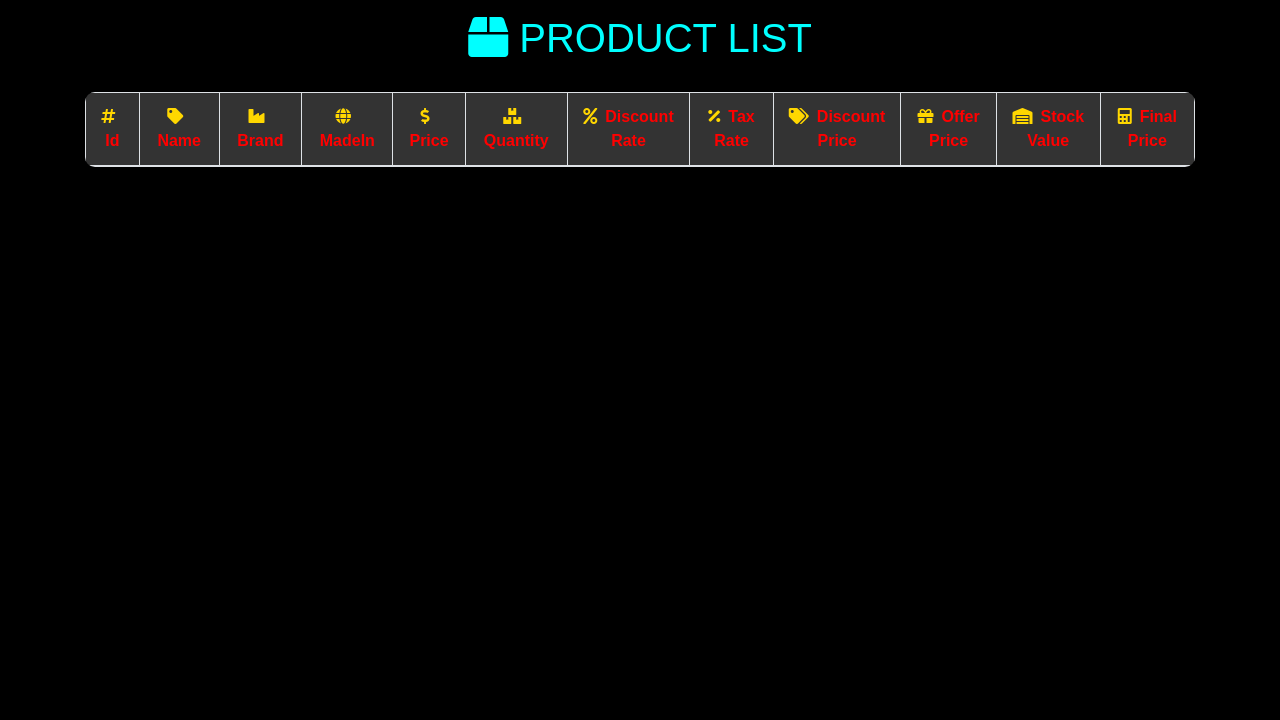
Repository: Ravi-kishor-09/Ravi-projects
Page: http://localhost/product-list
An editor plug-in stored every save of this project. The page is shown before and after the next save, followed by the edit.
The browser window is 1280 px wide. The pictures show the whole page.
The page is this project's Thymeleaf template; nobody is signed in. The template is opened directly, without the code that normally fills it, so the values that code supplies are empty.

Above is the page before, as saved 2024-12-20 10:22:11.

### spring1/src/main/resources/templates/product-list.html
<!DOCTYPE html>
<html lang="en">
<head>
    <meta charset="UTF-8">
    <meta name="viewport" content="width=device-width, initial-scale=1.0">
    <title>Product List</title>
    <!-- Bootstrap CSS -->
    <link href="https://maxcdn.bootstrapcdn.com/bootstrap/4.5.2/css/bootstrap.min.css" rel="stylesheet">
    <!-- Font Awesome for Icons -->
    <link href="https://cdnjs.cloudflare.com/ajax/libs/font-awesome/5.15.4/css/all.min.css" rel="stylesheet">
    <style>
        body {
            background-color: black;
            color: white;
            font-family: 'Arial', sans-serif;
        }
        h1 {
            color: aqua;
            margin-bottom: 20px;
            animation: text-jump 2s infinite;
        }
        @keyframes text-jump {
            0%, 100% {
                transform: translateY(0);
            }
            50% {
                transform: translateY(-10px);
            }
        }
        table {
            color: white;
            background-color: #1a1a1a;
            border-radius: 10px;
            overflow: hidden;
        }
        thead th {
            color: red;
            background-color: #333;
        }
        tbody td {
            color: chartreuse;
        }
        tbody tr:hover {
            background-color: #444;
            cursor: pointer;
        }
        .icon {
            color: gold;
            margin-right: 8px;
        }
    </style>
</head>
<body>
    <div class="container text-center py-4">
        <h1><i class="fas fa-box"></i> PRODUCT LIST</h1>
        <div class="table-responsive">
            <table class="table table-bordered table-hover">
                <thead>
                    <tr>
                        <th><i class="fas fa-hashtag icon"></i>Id</th>
                        <th><i class="fas fa-tag icon"></i>Name</th>
                        <th><i class="fas fa-industry icon"></i>Brand</th>
                        <th><i class="fas fa-globe icon"></i>MadeIn</th>
                        <th><i class="fas fa-dollar-sign icon"></i>Price</th>
                        <th><i class="fas fa-boxes icon"></i>Quantity</th>
                        <th><i class="fas fa-percent icon"></i>Discount Rate</th>
                        <th><i class="fas fa-percentage icon"></i>Tax Rate</th>
                        <th><i class="fas fa-tags icon"></i>Discount Price</th>
                        <th><i class="fas fa-gift icon"></i>Offer Price</th>
                        <th><i class="fas fa-warehouse icon"></i>Stock Value</th>
                        <th><i class="fas fa-calculator icon"></i>Final Price</th>
                    </tr>
                </thead>
                <tbody>
                    <tr th:each="product : ${products}">
                        <td th:text="${product.Id}"></td>
                        <td th:text="${product.Name}"></td>
                        <td th:text="${product.Brand}"></td>
                        <td th:text="${product.MadeIn}"></td>
                        <td th:text="${product.price}"></td>
                        <td th:text="${product.Quantity}"></td>
                        <td th:text="${product.discountRate}"></td>
                        <td th:text="${product.taxRate}"></td>
                        <td th:text="${product.discountprice}"></td>
                        <td th:text="${product.offerprice}"></td>
                        <td th:text="${product.stockvalue}"></td>
                        <td th:text="${product.finalprice}"></td>
                    </tr>
                </tbody>
            </table>
        </div>
    </div>
    <!-- Bootstrap JS, Popper.js, and jQuery -->
    <script src="https://code.jquery.com/jquery-3.5.1.slim.min.js"></script>
    <script src="https://cdn.jsdelivr.net/npm/@popperjs/core@2.9.3/dist/umd/popper.min.js"></script>
    <script src="https://maxcdn.bootstrapcdn.com/bootstrap/4.5.2/js/bootstrap.min.js"></script>
</body>
</html>

After the next save:
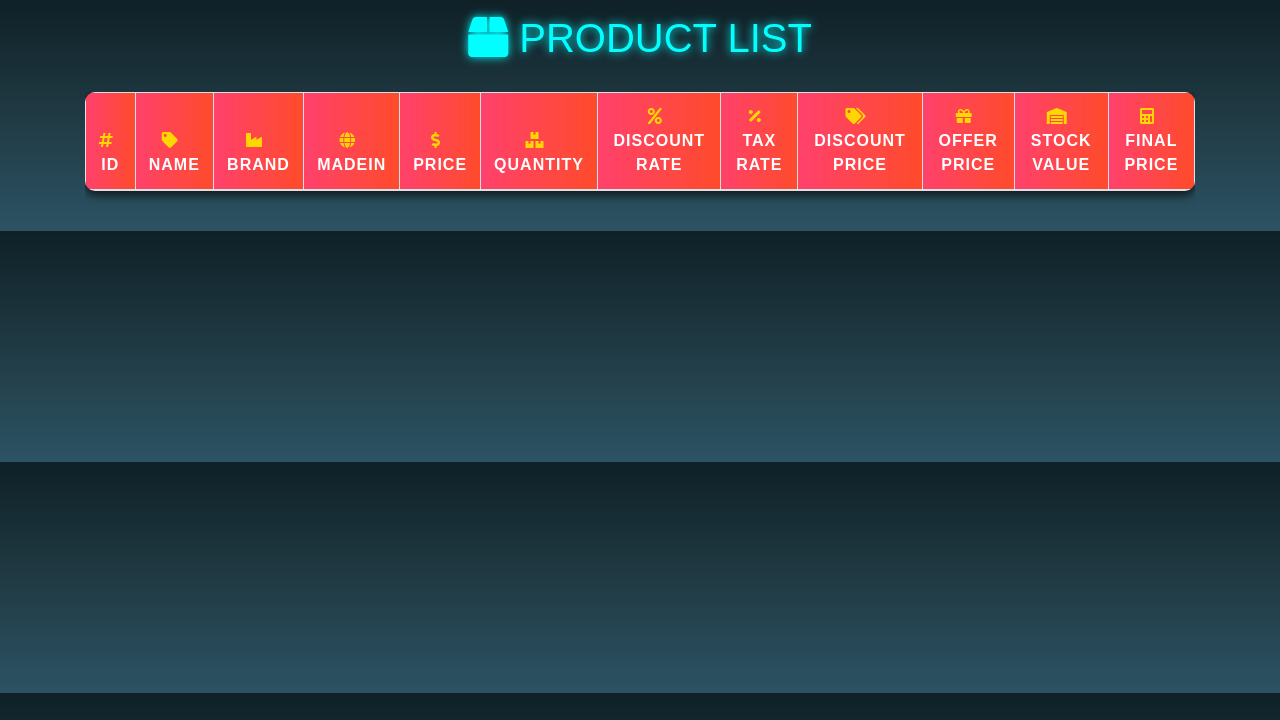
Saved 3 h 52 min later.
--- a/spring1/src/main/resources/templates/product-list.html
+++ b/spring1/src/main/resources/templates/product-list.html
@@ -9,44 +9,82 @@
     <!-- Font Awesome for Icons -->
     <link href="https://cdnjs.cloudflare.com/ajax/libs/font-awesome/5.15.4/css/all.min.css" rel="stylesheet">
     <style>
+        /* General Styles */
         body {
-            background-color: black;
+            background: linear-gradient(to bottom, #0f2027, #203a43, #2c5364);
             color: white;
             font-family: 'Arial', sans-serif;
         }
         h1 {
             color: aqua;
             margin-bottom: 20px;
+            text-shadow: 0 0 10px aqua;
             animation: text-jump 2s infinite;
         }
         @keyframes text-jump {
-            0%, 100% {
-                transform: translateY(0);
-            }
-            50% {
-                transform: translateY(-10px);
-            }
+            0%, 100% { transform: translateY(0); }
+            50% { transform: translateY(-10px); }
         }
+
+        /* Table Styles */
         table {
-            color: white;
-            background-color: #1a1a1a;
+            background-color: rgba(0, 0, 0, 0.8);
             border-radius: 10px;
             overflow: hidden;
+            box-shadow: 0 4px 10px rgba(0, 0, 0, 0.7);
         }
         thead th {
-            color: red;
-            background-color: #333;
+            background: linear-gradient(90deg, #ff416c, #ff4b2b);
+            color: white;
+            font-weight: bold;
+            text-transform: uppercase;
+            letter-spacing: 1px;
         }
         tbody td {
-            color: chartreuse;
+            color: #d4f3ef;
+        }
+        tbody tr {
+            transition: background-color 0.3s, transform 0.3s;
         }
         tbody tr:hover {
-            background-color: #444;
+            background: #333;
+            transform: scale(1.02);
             cursor: pointer;
         }
+
+        /* Column Icons */
         .icon {
             color: gold;
             margin-right: 8px;
+        }
+
+        /* Button and Interaction Styles */
+        .btn {
+            border: none;
+            color: white;
+            background: linear-gradient(90deg, #56ab2f, #a8e063);
+            padding: 8px 15px;
+            border-radius: 20px;
+            transition: all 0.3s ease-in-out;
+        }
+        .btn:hover {
+            background: linear-gradient(90deg, #a8e063, #56ab2f);
+            box-shadow: 0 0 10px #a8e063;
+        }
+
+        /* Row Glow Effect */
+        tbody tr:hover td {
+            text-shadow: 0 0 8px #39ff14;
+        }
+
+        /* Responsive Styles */
+        @media (max-width: 768px) {
+            h1 {
+                font-size: 1.5rem;
+            }
+            table {
+                font-size: 0.9rem;
+            }
         }
     </style>
 </head>
@@ -86,13 +124,10 @@
                         <td th:text="${product.stockvalue}"></td>
                         <td th:text="${product.finalprice}"></td>
                     </tr>
+
                 </tbody>
             </table>
         </div>
     </div>
-    <!-- Bootstrap JS, Popper.js, and jQuery -->
-    <script src="https://code.jquery.com/jquery-3.5.1.slim.min.js"></script>
-    <script src="https://cdn.jsdelivr.net/npm/@popperjs/core@2.9.3/dist/umd/popper.min.js"></script>
-    <script src="https://maxcdn.bootstrapcdn.com/bootstrap/4.5.2/js/bootstrap.min.js"></script>
 </body>
 </html>
